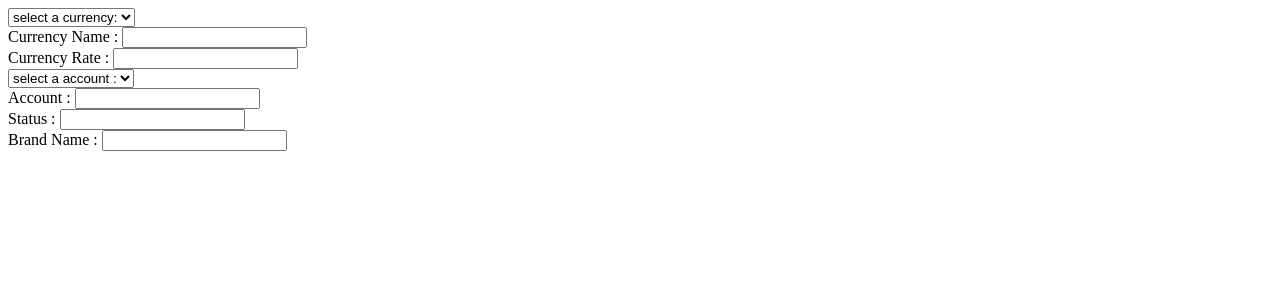
Repository: cheukyin21hk/DudeClothingConsole
Page: http://localhost/DudeClothing/WEB-INF/views/basicInfo.jsp
An editor plug-in stored every save of this project. The page is shown before and after a run of saves, followed by the edit.
The browser window is 1280 px wide. The pictures show the whole page.
The page is served by Tomcat 9. Nobody is signed in. Other server files are loaded and not shown. The template is opened directly, without the code that normally fills it, so the values that code supplies are empty.

Above is the page before, as saved 2015-05-22 10:22:09.

### DudeClothing/src/main/webapp/WEB-INF/views/basicInfo.jsp
<%@ page language="java" contentType="text/html; charset=UTF-8"
	pageEncoding="UTF-8"%>
<!DOCTYPE html PUBLIC "-//W3C//DTD HTML 4.01 Transitional//EN" "http://www.w3.org/TR/html4/loose.dtd">
<html>
<head>
<meta http-equiv="Content-Type" content="text/html; charset=UTF-8">
<title>Dude Clothing -</title>

</head>
<body>

	<div class="legend1" id="currencyForm">

		<select>
			<option>select a currency:</option>
		</select><br /> Currency Name : <input type="text"><br /> Currency
		Rate : <input type="text">
	</div>

	<div class="legend1" id="accountForm">
		<select>
			<option>select a account :</option>
		</select><br /> Account : <input type="text"><br />
	</div>

	<div class="legend1" id="statusForm">
		Status : <input type="text"><br />
	</div>

	<div class="legend1" id="brandForm">
		Brand Name : <input type="text"><br />
	</div>
</body>
</html>

After the next 2 saves:
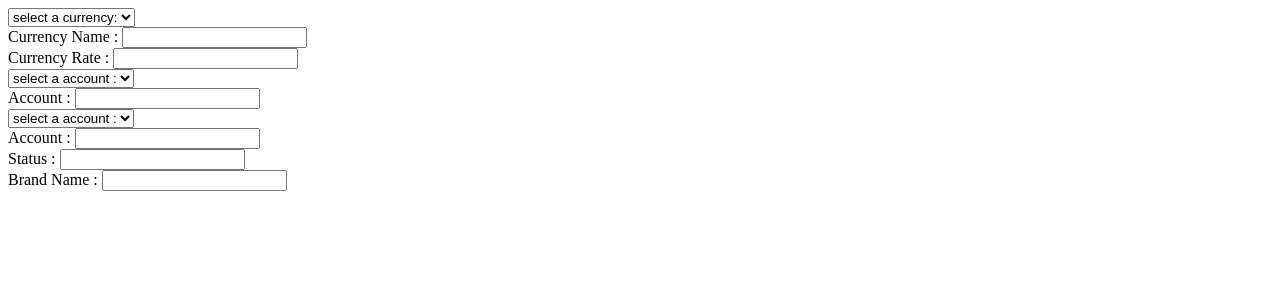
The 2 saves are shown as one change because they came seconds apart.
The last was saved 22 min 44 s later.
--- a/DudeClothing/src/main/webapp/WEB-INF/views/basicInfo.jsp
+++ b/DudeClothing/src/main/webapp/WEB-INF/views/basicInfo.jsp
@@ -24,6 +24,9 @@
 	</div>
 
 	<div class="legend1" id="statusForm">
+		<select>
+			<option>select a account :</option>
+		</select><br /> Account : <input type="text"><br />
 		Status : <input type="text"><br />
 	</div>
 
